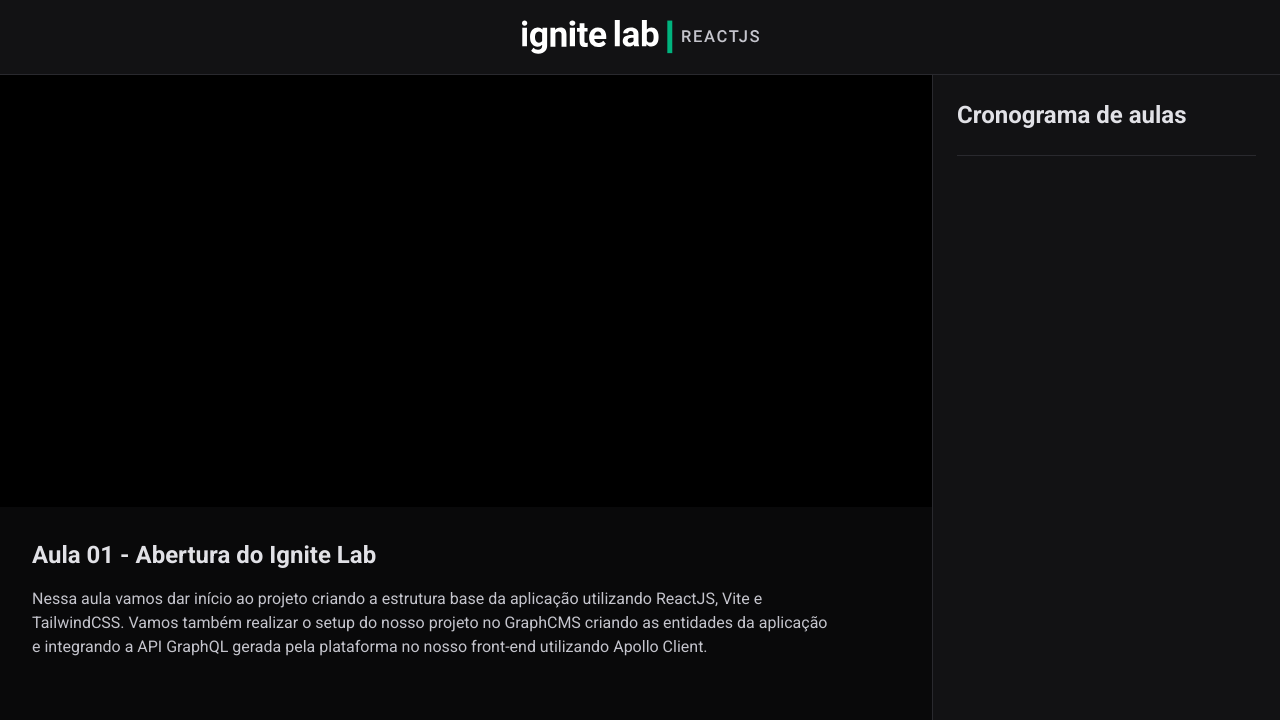
Repository: XFERRER7/Ignite-lab
Page: /
An editor plug-in stored every save of this project. The page is shown before and after a run of saves, followed by the edit.
The browser window is 1280 px wide. The pictures show the whole page.
The page's requests for data from a server got no answer. The project was rebuilt for these pictures with package versions that can differ from the ones it lists, and the page was loaded fresh each time. No one was signed in, and anything a server would have sent is missing. Also part of the build but not shown: vite.config.ts, src/components/Lesson.tsx.

Above is the page before, as saved 2022-06-26 01:53:08.

### index.html
<!DOCTYPE html>
<html>
  <head>
    <meta charset="UTF-8" />
    <link rel="icon" type="image/svg+xml" href="/src/favicon.svg" />
    <meta name="viewport" content="width=device-width, initial-scale=1.0" />
    <title>Event Platform</title>
    <link rel="preconnect" href="https://fonts.googleapis.com">
<link rel="preconnect" href="https://fonts.gstatic.com" crossorigin>
<link href="https://fonts.googleapis.com/css2?family=Roboto:wght@400;500;700&display=swap" rel="stylesheet">
  </head>
  <body>
    <div id="root"></div>
    <script type="module" src="/src/main.tsx"></script>
  </body>
</html>

### src/main.tsx
import { ApolloProvider } from '@apollo/client'
import React from 'react'
import ReactDOM from 'react-dom/client'
import App from './App'
import { client } from './lib/apollo'
import './styles/Global.css'

ReactDOM.createRoot(document.getElementById('root')!).render(
  <React.StrictMode>
    <ApolloProvider client={client}>
    <App />
    </ApolloProvider>
  </React.StrictMode>
)

### src/App.tsx
import { Header } from "./components/Header"
import { Lesson } from "./components/Lesson"
import { SideBar } from "./components/SideBar"
import { Video } from "./components/Video"
import { Event } from "./pages/Event"

function App() {

  return (
    <div>
      <Event/>
    </div>
  )
}

export default App

### src/lib/apollo.ts
import { ApolloClient, InMemoryCache } from "@apollo/client";

export const client = new ApolloClient({
  uri: 'https://api-sa-east-1.graphcms.com/v2/cl4oe0npq21lo01xi4o5e7kb5/master',
  cache: new InMemoryCache()
})

### src/styles/Global.css
@tailwind base;
@tailwind components;
@tailwind utilities;

body {
  @apply text-gray-100 bg-gray-900;
  -webkit-font-smoothing: antialiased;
}

### src/pages/Event.tsx
import React from 'react'
import { Header } from '../components/Header'
import { SideBar } from '../components/SideBar'
import { Video } from '../components/Video'

export const Event = () => {
  return (
    <>
    <div className='flex flex-col min-h-screen'>
      <Header/>
      <main className='flex flex-1'>
      <Video/>
      <SideBar/>
      </main>
    </div>

    </>
  )
}

### src/components/Header.tsx
import React from 'react'
import { Logo } from './Logo'

export const Header = () => {
  return (
    <header className='w-full py-5 flex items-center justify-center bg-gray-700 border-b border-gray-600'>
      <Logo/>
    </header>
  )
}

### src/components/SideBar.tsx
import { gql, useQuery } from '@apollo/client'
import React from 'react'
import { Lesson } from './Lesson'


const GET_LESSONS_QUERY = gql`
  query {
    lessons(orderBy: availableAt_ASC, stage: PUBLISHED) {
      id
      slug
      title
      availableAt
      lessonType
    }
}

`

interface GetLessonsQueryResponse {
  lessons: {
    id: string
    slug:string
    title:string
    availableAt:string
    lessonType: 'live' | 'class'
  }[]
}


export const SideBar = () => {

  const {data} = useQuery<GetLessonsQueryResponse>(GET_LESSONS_QUERY)

  return (
    <aside className='w-[348px] bg-gray-700 p-6 border-l border-gray-600'>
      <span className='font-bold text-2xl pb-6 mb-6 border-b border-gray-600 block'>Cronograma de aulas</span>

      <div className='flex flex-col gap-8'>
        {
          data?.lessons.map(lesson => {
            return (
              <Lesson
              title={lesson.title}
              slug={lesson.slug}
              avaliableAt={new Date(lesson.availableAt)}
              type={lesson.lessonType}/>
            )
          })
        }

      </div>
    </aside>
  )
}

### src/components/Video.tsx
import React from 'react'

export const Video = () => {
  return (
    <div className="flex-1">
      <div className="bg-black flex justify-center">
        <div className='h-full w-full max-w-[1100px] max-h-[60vh] aspect-video'></div>
      </div>

      <div className='p-8 max-w-[1100px] mx-auto'>

        <div className='flex items-start gap-16'>
          <div className='flex-1'>
            <h1 className='text-2xl font-bold'>Aula 01 - Abertura do Ignite Lab</h1>
            <p className='mt-4 text-gray-200'>
              Nessa aula vamos dar início ao projeto criando a estrutura base da aplicação
              utilizando ReactJS, Vite e TailwindCSS. Vamos também realizar o setup do nosso
              projeto no GraphCMS criando as entidades da aplicação e integrando a API GraphQL
              gerada pela plataforma no nosso front-end utilizando Apollo Client.
            </p>
          </div>
          <div className='flex flex-col gap-4 '>
            <a href="" className='p-'>

            </a>
            <a href="">

            </a>
          </div>
        </div>

        <div>

        </div>

      </div>

    </div>
  )

}

### src/components/Logo.tsx
import React from "react";

export function Logo() {
  return (
    <svg
      xmlns="http://www.w3.org/2000/svg"
      width="237"
      height="34"
      fill="none"
      viewBox="0 0 237 34"
    >
      <path
        fill="#fff"
        d="M.002 3.112a2.49 2.49 0 01.165-.987c.12-.314.304-.595.535-.83A2.906 2.906 0 012.615.572c.698 0 1.374.257 1.912.723.23.24.412.524.536.837a2.701 2.701 0 010 1.979 2.568 2.568 0 01-.536.837 2.889 2.889 0 01-1.907.723 2.901 2.901 0 01-1.908-.723 2.458 2.458 0 01-.538-.84 2.645 2.645 0 01-.172-.996zm4.96 23.146H.273V7.862h4.689v18.397zM8.012 16.973c0-2.853.686-5.145 2.055-6.883a6.653 6.653 0 015.528-2.606 5.869 5.869 0 014.802 2.09l.2-1.751h4.538v17.95a7.891 7.891 0 01-1.12 4.246 7.243 7.243 0 01-3.147 2.752 11.155 11.155 0 01-4.742.94c-1.378 0-2.74-.279-4.008-.812a7.08 7.08 0 01-2.946-2.11l2.208-3.02a5.905 5.905 0 004.543 2.08 4.356 4.356 0 003.104-1.059 3.938 3.938 0 001.103-2.993v-.994a5.775 5.775 0 01-4.555 1.935 6.647 6.647 0 01-3.05-.652 6.615 6.615 0 01-2.408-1.967c-1.397-1.752-2.085-4.089-2.085-6.942v-.21h-.025l.005.006zm4.997.355a6.723 6.723 0 001.026 3.956 3.233 3.233 0 002.799 1.443c.651.045 1.3-.088 1.878-.39a3.52 3.52 0 001.396-1.305v-7.825a3.448 3.448 0 00-1.374-1.305 3.504 3.504 0 00-1.86-.39 3.28 3.28 0 00-1.61.365 3.22 3.22 0 00-1.219 1.103c-.688.975-1.036 2.418-1.036 4.348zM33.098 7.833l.158 2.196a6.527 6.527 0 012.371-1.927 6.38 6.38 0 012.971-.62c1.97 0 3.438.597 4.39 1.79.953 1.194 1.456 2.936 1.486 5.293v12.249h-4.962V14.683a3.367 3.367 0 00-.684-2.344 3.086 3.086 0 00-1.069-.598 3.008 3.008 0 00-1.211-.13 3.349 3.349 0 00-1.821.454c-.553.32-1.01.794-1.313 1.367v13.37H28.45V7.845l4.647-.012zM47.512 3.112a2.304 2.304 0 01.185-.988 2.42 2.42 0 01.59-.831A3.439 3.439 0 0150.404.57c.772 0 1.52.256 2.117.723.508.486.792 1.142.792 1.826 0 .683-.284 1.34-.792 1.826a3.417 3.417 0 01-2.11.723c-.77 0-1.517-.257-2.11-.723a2.47 2.47 0 01-.594-.839 2.342 2.342 0 01-.19-.994h-.005zm5.483 23.149h-5.18V7.86h5.18v18.4zM62.454 3.334v4.612h3.107v3.677h-3.107v9.382c-.05.53.091 1.063.395 1.495a1.824 1.824 0 001.473.45c.476.002.95-.035 1.421-.114v3.803a9.672 9.672 0 01-2.939.449c-3.398 0-5.128-1.775-5.19-5.32V11.644h-2.642V7.968h2.643V3.356h4.841v-.025l-.002.003zM76.487 27.08a9.277 9.277 0 01-6.759-2.55c-1.74-1.699-2.605-3.957-2.605-6.797v-.494a11.295 11.295 0 011.098-5.08 8.141 8.141 0 013.111-3.465 8.72 8.72 0 014.59-1.22c2.577 0 4.62.815 6.098 2.449 1.478 1.633 2.226 3.94 2.226 6.929v2.055h-12.01a4.665 4.665 0 001.473 2.971 4.487 4.487 0 003.111 1.111 5.426 5.426 0 004.548-2.115l2.476 2.781a7.506 7.506 0 01-3.07 2.507 9.81 9.81 0 01-4.287.916v.002zm-.594-15.514a3.127 3.127 0 00-2.428 1.012 5.405 5.405 0 00-1.188 2.912h7.006v-.405a3.749 3.749 0 00-.908-2.608 3.252 3.252 0 00-2.45-.908h-.03l-.002-.003zM97.771 26.259h-4.957V0h4.957V26.26zM112.209 26.259c-.227-.444-.392-.997-.496-1.659-1.196 1.333-2.751 2.002-4.666 2.002-1.811 0-3.314-.523-4.504-1.572-1.191-1.049-1.786-2.372-1.786-3.966 0-1.96.725-3.464 2.179-4.513 1.453-1.049 3.553-1.58 6.3-1.59h2.273v-1.06c0-.854-.22-1.54-.659-2.051-.44-.513-1.131-.77-2.078-.77-.832 0-1.486.2-1.957.6-.474.4-.708.945-.708 1.64h-4.941c0-1.07.331-2.062.992-2.973.662-.91 1.597-1.626 2.804-2.144 1.206-.518 2.564-.778 4.069-.778 2.28 0 4.089.573 5.429 1.718 1.34 1.145 2.009 2.756 2.009 4.83v8.017c.012 1.754.256 3.082.735 3.983v.29h-4.992l-.003-.004zm-4.086-3.435c.728 0 1.402-.163 2.016-.486.614-.326 1.071-.76 1.367-1.308v-3.181h-1.846c-2.472 0-3.79.854-3.948 2.564l-.017.291c0 .614.217 1.123.649 1.523.434.4 1.026.6 1.779.6v-.003zM136.58 17.183c0 2.963-.632 5.273-1.898 6.931-1.265 1.659-3.032 2.488-5.3 2.488-2.006 0-3.608-.77-4.805-2.308l-.222 1.967h-4.444V.001h4.94v9.418c1.14-1.332 2.638-2 4.496-2 2.256 0 4.025.828 5.308 2.487 1.283 1.658 1.923 3.992 1.923 7v.274l.002.003zm-4.94-.358c0-1.868-.296-3.233-.889-4.094-.592-.861-1.475-1.29-2.65-1.29-1.572 0-2.655.643-3.247 1.932v7.299c.604 1.298 1.697 1.95 3.282 1.95 1.584 0 2.643-.788 3.146-2.36.239-.752.358-1.897.358-3.437z"
      ></path>
      <path
        fill="#C4C4CC"
        d="M164.51 17.501h-2.283v4.53h-2.048v-11.78h4.143c1.36 0 2.408.306 3.149.915.74.61 1.108 1.493 1.108 2.648 0 .787-.19 1.449-.57 1.98-.38.532-.911.94-1.59 1.226l2.646 4.906v.106h-2.194l-2.364-4.531h.003zm-2.283-1.65h2.105c.691 0 1.229-.176 1.619-.524.39-.348.582-.824.582-1.429 0-.604-.18-1.12-.538-1.466-.358-.345-.893-.523-1.606-.533h-2.162V15.85zM179.066 16.773h-4.839v3.625h5.656v1.634h-7.704V10.25h7.648v1.65h-5.6v3.253h4.839v1.62zM189.803 19.29h-4.565l-.955 2.744h-2.127l4.452-11.783h1.836l4.459 11.783h-2.137l-.963-2.744zm-3.99-1.65h3.415l-1.707-4.89-1.708 4.89zM204.716 18.197c-.119 1.256-.583 2.238-1.392 2.941-.81.703-1.885 1.056-3.228 1.056-.938 0-1.764-.222-2.48-.668-.715-.445-1.266-1.079-1.656-1.898-.387-.82-.589-1.772-.607-2.858v-1.1c0-1.11.198-2.09.59-2.937.392-.846.96-1.5 1.695-1.96.736-.458 1.587-.688 2.554-.688 1.301 0 2.347.353 3.139 1.057.792.703 1.254 1.7 1.385 2.99h-2.039c-.096-.846-.343-1.458-.74-1.833-.397-.375-.977-.563-1.745-.563-.89 0-1.574.326-2.05.977-.479.652-.721 1.605-.733 2.863v1.044c0 1.273.227 2.245.683 2.917.457.668 1.123 1.004 2.004 1.004.805 0 1.409-.18 1.814-.543.405-.363.661-.962.77-1.804h2.038l-.002.003zM216.481 11.902h-3.674v10.132h-2.031V11.902h-3.642V10.25h9.347v1.65zM222.759 10.251h2.039v8.262c0 1.127-.353 2.023-1.057 2.687-.703.664-1.633.995-2.788.995-1.229 0-2.179-.311-2.848-.93-.669-.62-1.004-1.484-1.004-2.59h2.038c0 .627.156 1.096.467 1.412.31.316.76.474 1.347.474.55 0 .989-.183 1.315-.545.326-.366.489-.867.489-1.51V10.25h.002zM234.952 18.999c0-.518-.183-.918-.545-1.197-.363-.279-1.022-.563-1.972-.849-.95-.286-1.705-.604-2.265-.955-1.074-.674-1.612-1.555-1.612-2.638 0-.95.388-1.732 1.163-2.347.774-.614 1.779-.922 3.015-.922.819 0 1.55.15 2.194.454a3.597 3.597 0 011.513 1.29c.367.558.55 1.177.55 1.858h-2.038c0-.614-.193-1.095-.578-1.443-.385-.348-.938-.524-1.656-.524-.668 0-1.189.144-1.557.43-.37.286-.555.686-.555 1.197 0 .432.2.792.6 1.08.399.29 1.056.57 1.974.842.918.271 1.653.582 2.208.93.556.348.963.748 1.222 1.197.259.452.387.977.387 1.582 0 .982-.375 1.762-1.127 2.342-.753.58-1.775.87-3.063.87a5.755 5.755 0 01-2.352-.473c-.715-.316-1.27-.75-1.668-1.308-.397-.555-.594-1.204-.594-1.942h2.048c0 .669.222 1.187.664 1.555.441.367 1.075.55 1.902.55.713 0 1.246-.143 1.607-.432.357-.288.538-.671.538-1.145l-.003-.002z"
      ></path>
      <path fill="#00B37E" d="M150.271 33.146h-4.958V.57h4.958v32.576z"></path>
    </svg>
  );
}

### tailwind.config.js
/** @type {import('tailwindcss').Config} */
module.exports = {
  content: [
    './src/**/*.tsx'
  ],
  theme: {
    extend: {
      fontFamily: {
        sans: 'Roboto, sans-serif'
      },
      colors: {
        green: {
          300: '#00B37E',
          500: '#00875F',
          700: '#015F43',
        },
        blue: {
          500: '#81D8F7',
        },
        orange: {
          500: '#FBA94C',
        },
        red: {
          500: '#F75A68',
        },
        gray: {
          100: '#E1E1E6',
          200: '#C4C4CC',
          300: '#8D8D99',
          500: '#323238',
          600: '#29292E',
          700: '#121214',
          900: '#09090A'
        }
      }
    },
  },
  plugins: [],
}

After the next 2 saves:
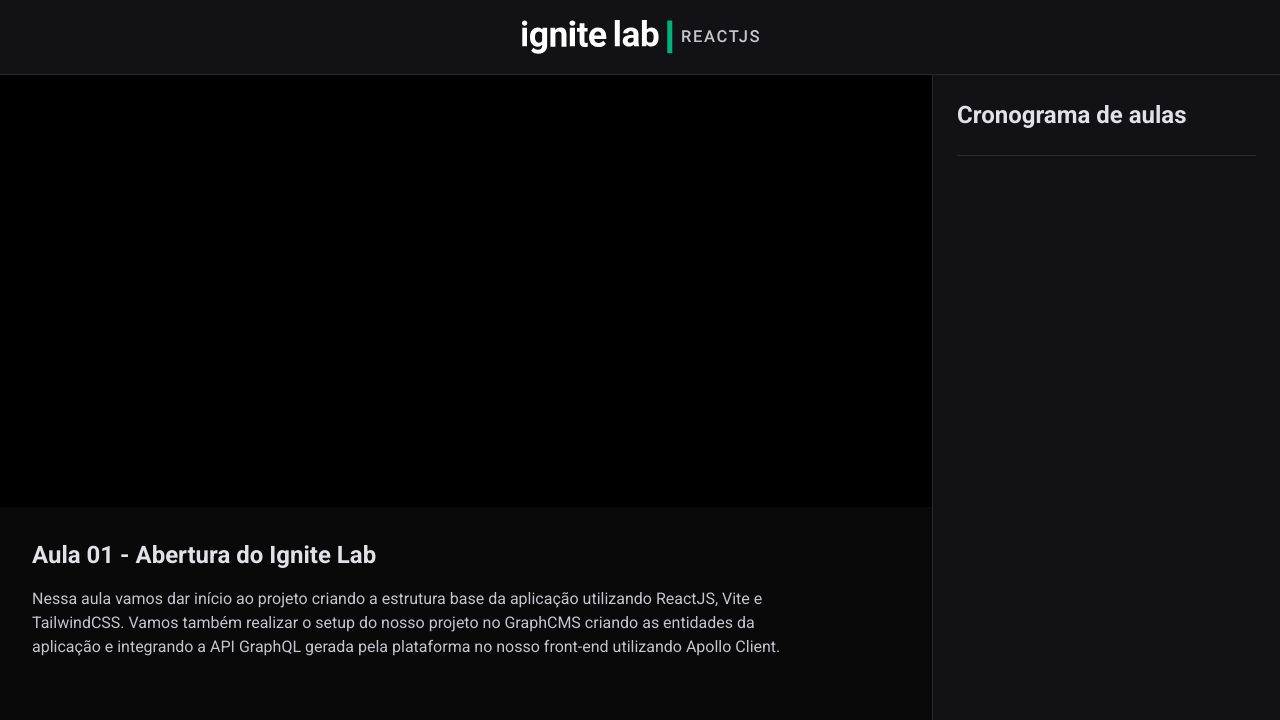
The 2 saves are shown as one change because they came seconds apart.
The last was saved 8 s later.
--- a/src/components/Video.tsx
+++ b/src/components/Video.tsx
@@ -20,7 +20,7 @@
             </p>
           </div>
           <div className='flex flex-col gap-4 '>
-            <a href="" className='p-'>
+            <a href="" className='p-4 text-sm bg-gree'>
 
             </a>
             <a href="">
